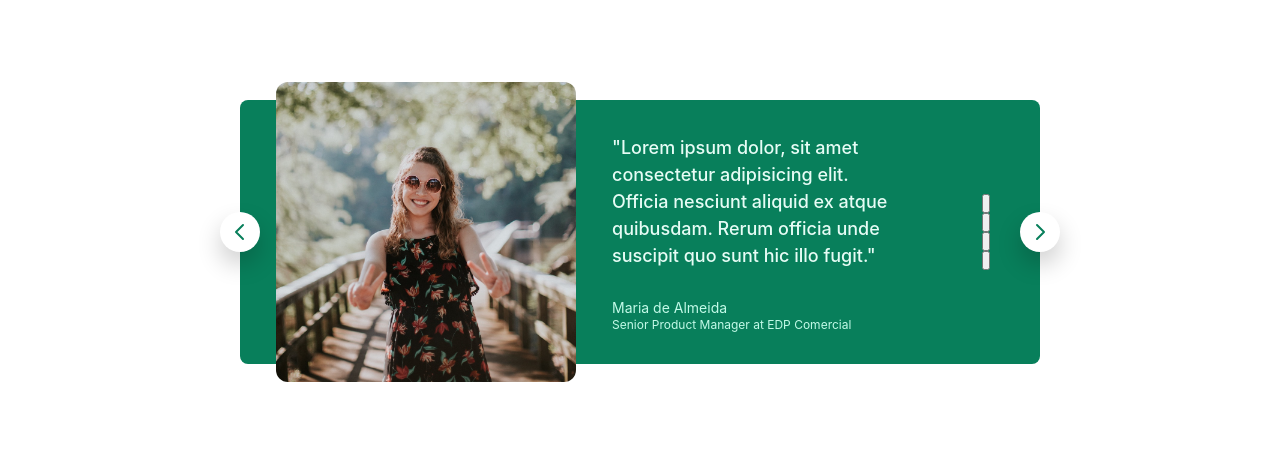
Repository: nghiakma/HTML-CSS-Fundamental
Page: Component_LayoutPatterns/carousel.html
The author's editor kept a copy of each file at every save. The page is drawn from the files as they stood at one save, then again after the next save.
The browser window is 1280 px wide. The pictures show the whole page.

Above is the page before, as saved 2023-08-26 12:01:34.

### Component_LayoutPatterns/carousel.html
<!DOCTYPE html>
<html lang="en">

<head>
  <meta charset="UTF-8">
  <meta name="viewport" content="width=device-width, initial-scale=1.0">
  <title>Carousel Component</title>
  <style>
    * {
      margin: 0;
      padding: 0;
      box-sizing: border-box;
    }

    body {
      font-family: "Inter", sans-serif;
      color: #343a40;
      line-height: 1;
    }

    .carousel {
      width: 800px;
      margin: 100px auto;
      background-color: #087f5b;
      /* padding: 32px; */
      /* padding-left: 86px; */
      /* padding-right: 48px; */
      padding: 32px 48px 32px 86px;

      border-radius: 8px;
      position: relative;

      display: flex;
      align-items: center;
      gap: 86px;
    }

    img {
      height: 200px;
      border-radius: 8px;
      transform: scale(1.5);
    }

    .testimonial-text {
      font-size: 18px;
      font-weight: 500;
      line-height: 1.5;
      margin-bottom: 32px;
      color: #e6fcf5;
    }

    .testimonial-author {
      font-size: 14px;
      margin-bottom: 4px;
      color: #c3fae8;
    }

    .testimonial-job {
      font-size: 12px;
      color: #c3fae8;
    }

    .btn {
      background-color: #fff;
      border: none;
      height: 40px;
      width: 40px;
      border-radius: 50%;
      position: absolute;
      box-shadow: 0 12px 24px rgba(0, 0, 0, 0.2);
      cursor: pointer;
      display: flex;
      align-items: center;
      justify-content: center;
    }

    /*Bien doi: dich chuyen theo chieu x va y: y(-50%): di chuyen len chin xac 50% chieu cao thuc cua no
x(-50%): di chuyen mot nua chieu rong cua phan tu sang trai*/
    .btn--left {
      left: 0;
      top: 50%;

      transform: translate(-50%, -50%);
    }

    .btn--right {
      right: 0;
      top: 50%;

      transform: translate(50%, -50%);
    }

    .btn-icon {
      height: 24px;
      width: 24px;
      stroke: #087f5b;
    }

    /* CONTROLS */
  </style>
</head>

<body>
  <div class="carousel">
    <img src="maria.jpg" alt="Maria de Almeida" />
    <blockquote class="testimonial">
      <p class="testimonial-text">
        "Lorem ipsum dolor, sit amet consectetur adipisicing elit. Officia
        nesciunt aliquid ex atque quibusdam. Rerum officia unde suscipit quo
        sunt hic illo fugit."
      </p>
      <p class="testimonial-author">Maria de Almeida</p>
      <p class="testimonial-job">Senior Product Manager at EDP Comercial</p>
    </blockquote>

    <button class="btn btn--left">
      <svg xmlns="http://www.w3.org/2000/svg" class="btn-icon" fill="none" viewBox="0 0 24 24" stroke="currentColor">
        <path stroke-linecap="round" stroke-linejoin="round" stroke-width="2" d="M15 19l-7-7 7-7" />
      </svg>
    </button>
    <button class="btn btn--right">
      <svg xmlns="http://www.w3.org/2000/svg" class="btn-icon" fill="none" viewBox="0 0 24 24" stroke="currentColor">
        <path stroke-linecap="round" stroke-linejoin="round" stroke-width="2" d="M9 5l7 7-7 7" />
      </svg>
    </button>
    <div class="dots">
      <button class="dot dot--fill">&nbsp;</button>
      <button class="dot">&nbsp;</button>
      <button class="dot">&nbsp;</button>
      <button class="dot">&nbsp;</button>
    </div>
  </div>
</body>

</html>

After the next save:
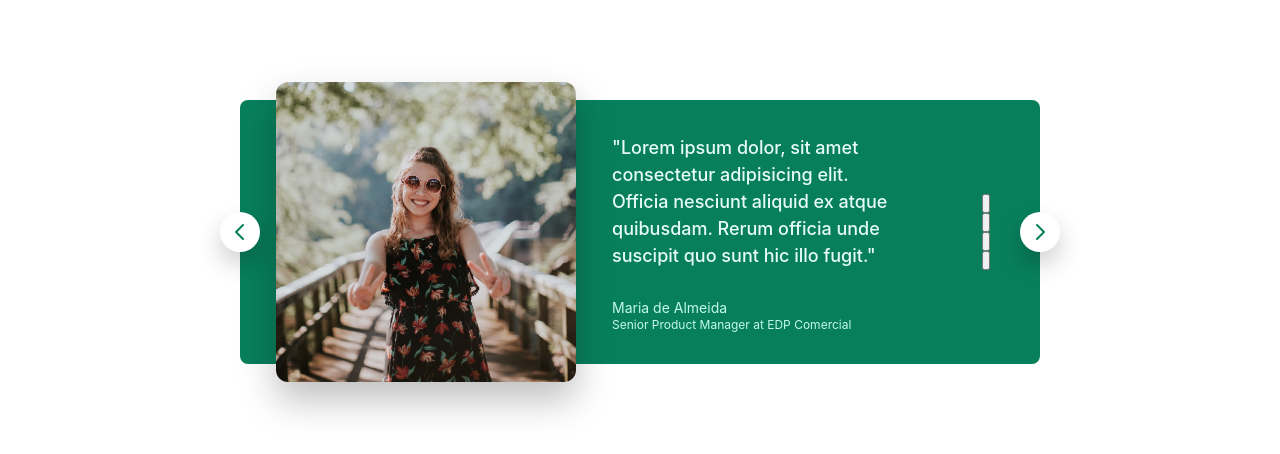
Saved 30 s later.
--- a/Component_LayoutPatterns/carousel.html
+++ b/Component_LayoutPatterns/carousel.html
@@ -39,6 +39,7 @@
       height: 200px;
       border-radius: 8px;
       transform: scale(1.5);
+      box-shadow: 0 12px 24px rgba(0, 0, 0, 0.25);
     }
 
     .testimonial-text {
